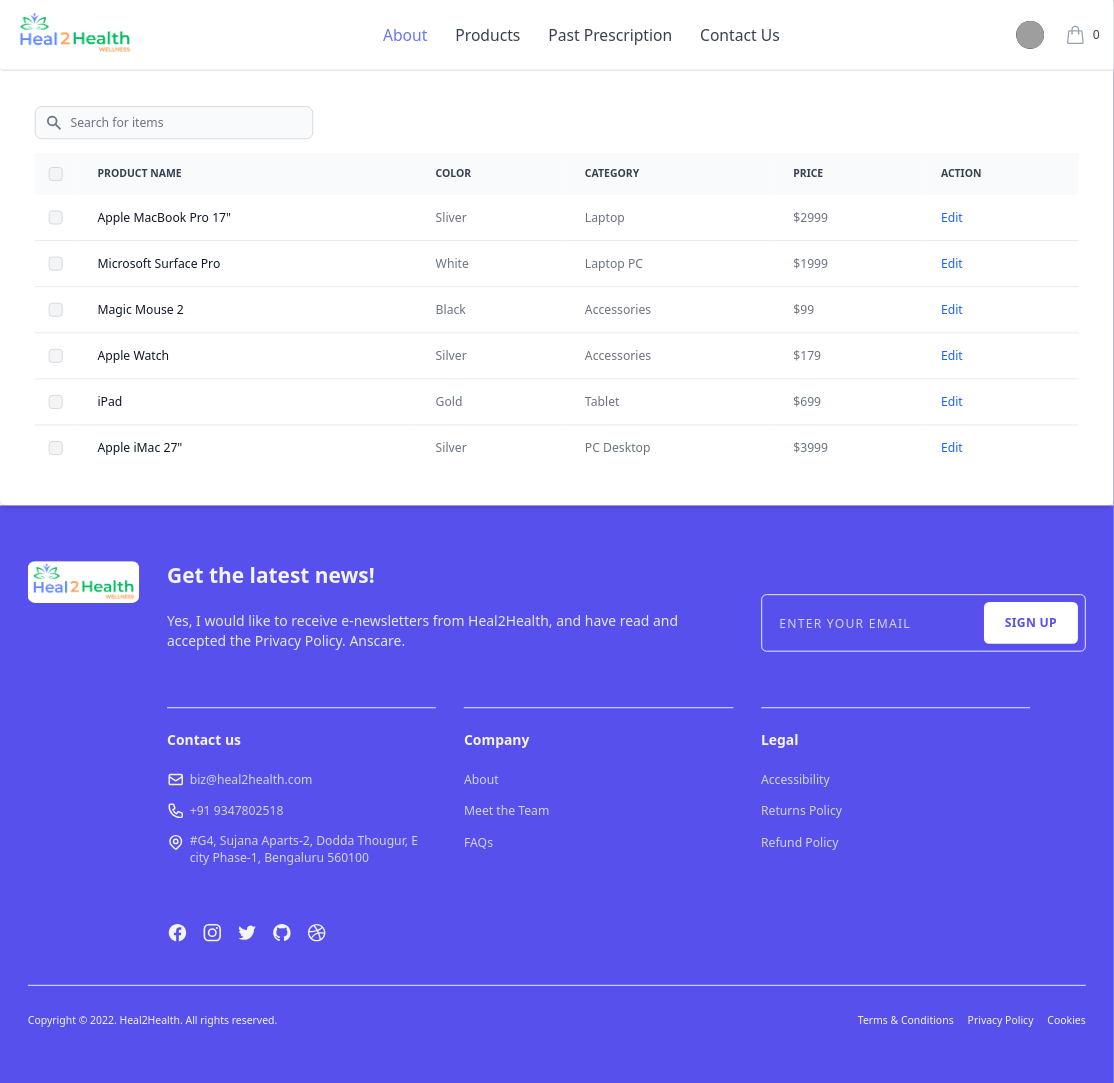
Repository: Akash123-coder/H2H
Page: /PastPrescription (app in Frontend/)
These files come from the project's save history. The page is drawn as it stood at one moment and after the next save; the edit follows.
The browser window is 1280 px wide. The pictures show the whole page, at 87% of full size.
Pictures or frames that could not be fetched are drawn as grey boxes. The project was rebuilt for these pictures with package versions that can differ from the ones it lists, and the page was loaded fresh each time. Also part of the build but not shown: Frontend/vite.config.ts, Frontend/src/pages/About.tsx, Frontend/src/components/Cta.jsx, Frontend/src/pages/Home.jsx, Frontend/src/components/Buttonsm.tsx, Frontend/src/components/Buttonrm.tsx, Frontend/src/components/Product.tsx, Frontend/src/pages/Prescription.jsx and 2 more.

Above is the page before, as saved 2022-09-28 16:44:19.

### Frontend/index.html
<!DOCTYPE html>
<html lang="en">
  <head>
    <meta charset="UTF-8" />
    <link rel="icon" type="image/svg+xml" href="/vite.svg" />
    <meta name="viewport" content="width=device-width, initial-scale=1.0" />
    <title>Heal2Health</title>
  </head>
  <body>
    <div id="root"></div>
    <script type="module" src="/src/main.tsx"></script>
  </body>
</html>

### Frontend/src/main.tsx
import React from 'react'
import ReactDOM from 'react-dom/client'
import App from './App'
import './index.css'
import {BrowserRouter} from 'react-router-dom'

ReactDOM.createRoot(document.getElementById('root') as HTMLElement).render(
  <React.StrictMode>
    <BrowserRouter>
    <App />
    </BrowserRouter>
  </React.StrictMode>
)

### Frontend/src/App.jsx
import { Routes, Route } from "react-router-dom";
import Navbar from "./components/Navbar.jsx";
import { ShoppingCartProvider } from "./context/ShoppingCartContext";
import About from "./pages/About";
import Home from "./pages/Home";
import Prescription from "./pages/Prescription";
import SignUp from "./pages/SignUp";
import Footer from "./components/Footer";
import Login from "./pages/Login";
// import CompanyNameSelect from "./pages/CompanyNameSelect.jsx";
import PastPrescription from "./pages/PastPrescription.jsx";

function App() {
  return (
    <ShoppingCartProvider>
      <Navbar />
      <Routes>
        <Route path="/" element={<Home />} />
        <Route path="/prescription" element={<Prescription />} />
        <Route path="/about" element={<About />} />
        <Route path="/login" element={<Login />} />
        <Route path="/SignUp" element={<SignUp />} />
        <Route path="/PastPrescription" element={<PastPrescription />} />
        {/* <Route path="/SignUp" element={<CompanyNameSelect />} /> */}
      </Routes>
      <Footer />
    </ShoppingCartProvider>
  );
}

export default App;

### Frontend/src/context/ShoppingCartContext.tsx
import {useContext ,useState, createContext ,ReactNode} from 'react'

const ShoppingCartContext = createContext({})

type ShoppingCartProviderProps ={
    children: ReactNode
}
type CartItem = {
    id: number
    quantity:number
}


type ShoppingCartContext ={
    CartQuantity:number
    CartItems:CartItem[]
    getItemQuantity:(id: number) => number
    increaseItemQuantity:(id: number) => void
    decreaseItemQuantity:(id: number) => void
    removeFromCart:(id: number) => void
}

export function useShoppingCart() {
  return ( useContext(ShoppingCartContext)
  )
}

export function ShoppingCartProvider({children}:ShoppingCartProviderProps){
    const [cartItems ,setCartItems] = useState<CartItem>([]);

    const CartQuantity = cartItems.reduce(
        (quantity ,item) => item.quantity + quantity,0
    )

    function getItemQuantity(id : number){
        return cartItems.find( item => item.id === id)?.quantity || 0
    }
    function increaseItemQuantity(id : number){
         setCartItems(currItems =>{
            if(currItems.find(item => item.id === id)==null){
                return [...currItems, {id , quantity : 1}]

            } else {
                return currItems.map(item =>{
                    if(item.id === id ){
                        return {...item ,quantity: item.quantity + 1}
                    }else{
                        return item
                    }
                })
            }
         })
    }
    function decreaseItemQuantity(id: number) {
        setCartItems(currItems => {
          if (currItems.find(item => item.id === id)?.quantity === 1) {
            return currItems.filter(item => item.id !== id)
          } else {
            return currItems.map(item => {
              if (item.id === id) {
                return { ...item, quantity: item.quantity - 1 }
              } else {
                return item
              }
            })
          }
        })
      }
    function removeFromCart(id : number){
        setCartItems(currItems =>{
            return currItems.filter(item =>item.id!==id)
        })
    }
    return (

        <ShoppingCartContext.Provider value = {{getItemQuantity,increaseItemQuantity,decreaseItemQuantity ,removeFromCart,cartItems,CartQuantity}}>
            {children}
        </ShoppingCartContext.Provider>
    )
}

### Frontend/src/pages/PastPrescription.jsx
import React from 'react'

function PastPrescription() {
  return (
    <div>
      <div class="overflow-x-auto relative shadow-md sm:rounded-lg p-10">
        <div class="flex justify-between items-center pb-4">

          <label for="table-search" class="sr-only">
            Search
          </label>
          <div class="relative">
            <div class="flex absolute inset-y-0 left-0 items-center pl-3 pointer-events-none">
              <svg
                class="w-5 h-5 text-gray-500 dark:text-gray-400"
                aria-hidden="true"
                fill="currentColor"
                viewBox="0 0 20 20"
                xmlns="http://www.w3.org/2000/svg"
              >
                <path
                  fill-rule="evenodd"
                  d="M8 4a4 4 0 100 8 4 4 0 000-8zM2 8a6 6 0 1110.89 3.476l4.817 4.817a1 1 0 01-1.414 1.414l-4.816-4.816A6 6 0 012 8z"
                  clip-rule="evenodd"
                ></path>
              </svg>
            </div>
            <input
              type="text"
              id="table-search"
              class="block p-2 pl-10 w-80 text-sm text-gray-900 bg-gray-50 rounded-lg border border-gray-300 focus:ring-blue-500 focus:border-blue-500 dark:bg-gray-700 dark:border-gray-600 dark:placeholder-gray-400 dark:text-white dark:focus:ring-blue-500 dark:focus:border-blue-500"
              placeholder="Search for items"
            />
          </div>
        </div>
        <table class="w-full text-sm text-left text-gray-500 dark:text-gray-400">
          <thead class="text-xs text-gray-700 uppercase bg-gray-50 dark:bg-gray-700 dark:text-gray-400">
            <tr>
              <th scope="col" class="p-4">
                <div class="flex items-center">
                  <input
                    id="checkbox-all-search"
                    type="checkbox"
                    class="w-4 h-4 text-blue-600 bg-gray-100 rounded border-gray-300 focus:ring-blue-500 dark:focus:ring-blue-600 dark:ring-offset-gray-800 focus:ring-2 dark:bg-gray-700 dark:border-gray-600"
                  />
                  <label for="checkbox-all-search" class="sr-only">
                    checkbox
                  </label>
                </div>
              </th>
              <th scope="col" class="py-3 px-6">
                Product name
              </th>
              <th scope="col" class="py-3 px-6">
                Color
              </th>
              <th scope="col" class="py-3 px-6">
                Category
              </th>
              <th scope="col" class="py-3 px-6">
                Price
              </th>
              <th scope="col" class="py-3 px-6">
                Action
              </th>
            </tr>
          </thead>
          <tbody>
            <tr class="bg-white border-b dark:bg-gray-800 dark:border-gray-700 hover:bg-gray-50 dark:hover:bg-gray-600">
              <td class="p-4 w-4">
                <div class="flex items-center">
                  <input
                    id="checkbox-table-search-1"
                    type="checkbox"
                    class="w-4 h-4 text-blue-600 bg-gray-100 rounded border-gray-300 focus:ring-blue-500 dark:focus:ring-blue-600 dark:ring-offset-gray-800 focus:ring-2 dark:bg-gray-700 dark:border-gray-600"
                  />
                  <label for="checkbox-table-search-1" class="sr-only">
                    checkbox
                  </label>
                </div>
              </td>
              <th
                scope="row"
                class="py-4 px-6 font-medium text-gray-900 whitespace-nowrap dark:text-white"
              >
                Apple MacBook Pro 17"
              </th>
              <td class="py-4 px-6">Sliver</td>
              <td class="py-4 px-6">Laptop</td>
              <td class="py-4 px-6">$2999</td>
              <td class="py-4 px-6">
                <a
                  href="#"
                  class="font-medium text-blue-600 dark:text-blue-500 hover:underline"
                >
                  Edit
                </a>
              </td>
            </tr>
            <tr class="bg-white border-b dark:bg-gray-800 dark:border-gray-700 hover:bg-gray-50 dark:hover:bg-gray-600">
              <td class="p-4 w-4">
                <div class="flex items-center">
                  <input
                    id="checkbox-table-search-2"
                    type="checkbox"
                    class="w-4 h-4 text-blue-600 bg-gray-100 rounded border-gray-300 focus:ring-blue-500 dark:focus:ring-blue-600 dark:ring-offset-gray-800 focus:ring-2 dark:bg-gray-700 dark:border-gray-600"
                  />
                  <label for="checkbox-table-search-2" class="sr-only">
                    checkbox
                  </label>
                </div>
              </td>
              <th
                scope="row"
                class="py-4 px-6 font-medium text-gray-900 whitespace-nowrap dark:text-white"
              >
                Microsoft Surface Pro
              </th>
              <td class="py-4 px-6">White</td>
              <td class="py-4 px-6">Laptop PC</td>
              <td class="py-4 px-6">$1999</td>
              <td class="py-4 px-6">
                <a
                  href="#"
                  class="font-medium text-blue-600 dark:text-blue-500 hover:underline"
                >
                  Edit
                </a>
              </td>
            </tr>
            <tr class="bg-white border-b dark:bg-gray-800 dark:border-gray-700 hover:bg-gray-50 dark:hover:bg-gray-600">
              <td class="p-4 w-4">
                <div class="flex items-center">
                  <input
                    id="checkbox-table-search-3"
                    type="checkbox"
                    class="w-4 h-4 text-blue-600 bg-gray-100 rounded border-gray-300 focus:ring-blue-500 dark:focus:ring-blue-600 dark:ring-offset-gray-800 focus:ring-2 dark:bg-gray-700 dark:border-gray-600"
                  />
                  <label for="checkbox-table-search-3" class="sr-only">
                    checkbox
                  </label>
                </div>
              </td>
              <th
                scope="row"
                class="py-4 px-6 font-medium text-gray-900 whitespace-nowrap dark:text-white"
              >
                Magic Mouse 2
              </th>
              <td class="py-4 px-6">Black</td>
              <td class="py-4 px-6">Accessories</td>
              <td class="py-4 px-6">$99</td>
              <td class="py-4 px-6">
                <a
                  href="#"
                  class="font-medium text-blue-600 dark:text-blue-500 hover:underline"
                >
                  Edit
                </a>
              </td>
            </tr>
            <tr class="bg-white border-b dark:bg-gray-800 dark:border-gray-700 hover:bg-gray-50 dark:hover:bg-gray-600">
              <td class="p-4 w-4">
                <div class="flex items-center">
                  <input
                    id="checkbox-table-3"
                    type="checkbox"
                    class="w-4 h-4 text-blue-600 bg-gray-100 rounded border-gray-300 focus:ring-blue-500 dark:focus:ring-blue-600 dark:ring-offset-gray-800 focus:ring-2 dark:bg-gray-700 dark:border-gray-600"
                  />
                  <label for="checkbox-table-3" class="sr-only">
                    checkbox
                  </label>
                </div>
              </td>
              <th
                scope="row"
                class="py-4 px-6 font-medium text-gray-900 whitespace-nowrap dark:text-white"
              >
                Apple Watch
              </th>
              <td class="py-4 px-6">Silver</td>
              <td class="py-4 px-6">Accessories</td>
              <td class="py-4 px-6">$179</td>
              <td class="py-4 px-6">
                <a
                  href="#"
                  class="font-medium text-blue-600 dark:text-blue-500 hover:underline"
                >
                  Edit
                </a>
              </td>
            </tr>
            <tr class="bg-white border-b dark:bg-gray-800 dark:border-gray-700 hover:bg-gray-50 dark:hover:bg-gray-600">
              <td class="p-4 w-4">
                <div class="flex items-center">
                  <input
                    id="checkbox-table-3"
                    type="checkbox"
                    class="w-4 h-4 text-blue-600 bg-gray-100 rounded border-gray-300 focus:ring-blue-500 dark:focus:ring-blue-600 dark:ring-offset-gray-800 focus:ring-2 dark:bg-gray-700 dark:border-gray-600"
                  />
                  <label for="checkbox-table-3" class="sr-only">
                    checkbox
                  </label>
                </div>
              </td>
              <th
                scope="row"
                class="py-4 px-6 font-medium text-gray-900 whitespace-nowrap dark:text-white"
              >
                iPad
              </th>
              <td class="py-4 px-6">Gold</td>
              <td class="py-4 px-6">Tablet</td>
              <td class="py-4 px-6">$699</td>
              <td class="py-4 px-6">
                <a
                  href="#"
                  class="font-medium text-blue-600 dark:text-blue-500 hover:underline"
                >
                  Edit
                </a>
              </td>
            </tr>
            <tr class="bg-white dark:bg-gray-800 hover:bg-gray-50 dark:hover:bg-gray-600">
              <td class="p-4 w-4">
                <div class="flex items-center">
                  <input
                    id="checkbox-table-3"
                    type="checkbox"
                    class="w-4 h-4 text-blue-600 bg-gray-100 rounded border-gray-300 focus:ring-blue-500 dark:focus:ring-blue-600 dark:ring-offset-gray-800 focus:ring-2 dark:bg-gray-700 dark:border-gray-600"
                  />
                  <label for="checkbox-table-3" class="sr-only">
                    checkbox
                  </label>
                </div>
              </td>
              <th
                scope="row"
                class="py-4 px-6 font-medium text-gray-900 whitespace-nowrap dark:text-white"
              >
                Apple iMac 27"
              </th>
              <td class="py-4 px-6">Silver</td>
              <td class="py-4 px-6">PC Desktop</td>
              <td class="py-4 px-6">$3999</td>
              <td class="py-4 px-6">
                <a
                  href="#"
                  class="font-medium text-blue-600 dark:text-blue-500 hover:underline"
                >
                  Edit
                </a>
              </td>
            </tr>
          </tbody>
        </table>
      </div>
    </div>
  );
}

export default PastPrescription

### Frontend/tailwind.config.cjs
/** @type {import('tailwindcss').Config} */
module.exports = {
  content: [
    "./src/**/*.{js,jsx,ts,tsx}",
    "node_modules/flowbite-react/**/*.{js,jsx,ts,tsx}",
  ],
  theme: {
    extend: {},
  },
  plugins: [require("flowbite/plugin"), require("@tailwindcss/forms")],
};

Loaded but not shown: Frontend/src/index.css (common file); Frontend/src/components/Footer.jsx (300 lines, source omitted); Frontend/src/pages/Cart.jsx (227 lines, source omitted); Frontend/src/components/Navbar.jsx (182 lines, source omitted)

After the next save:
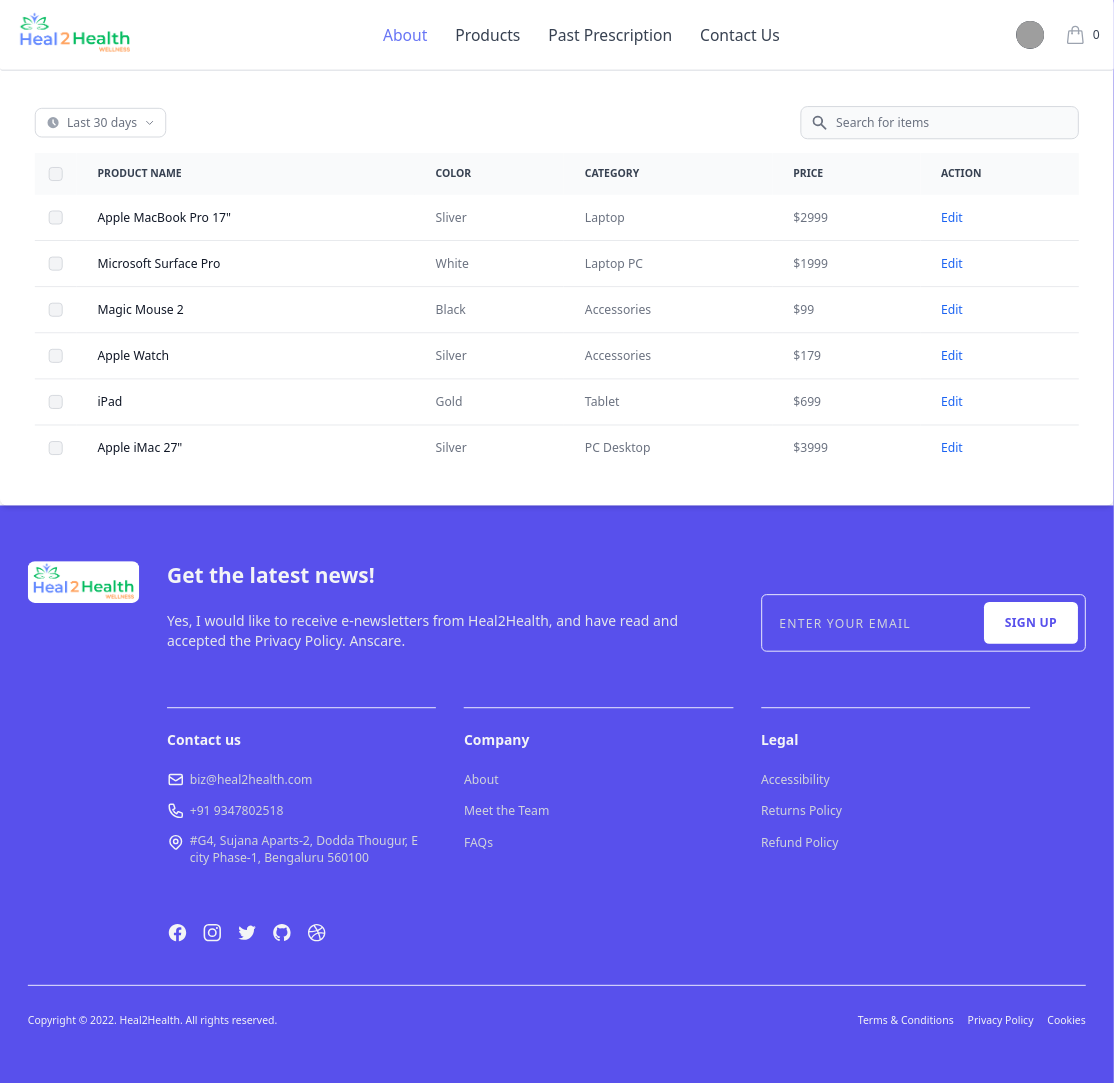
Saved 88 s later.
--- a/Frontend/src/pages/PastPrescription.jsx
+++ b/Frontend/src/pages/PastPrescription.jsx
@@ -5,7 +5,144 @@
     <div>
       <div class="overflow-x-auto relative shadow-md sm:rounded-lg p-10">
         <div class="flex justify-between items-center pb-4">
-
+          <div>
+            <button
+              id="dropdownRadioButton"
+              data-dropdown-toggle="dropdownRadio"
+              class="inline-flex items-center text-gray-500 bg-white border border-gray-300 focus:outline-none hover:bg-gray-100 focus:ring-4 focus:ring-gray-200 font-medium rounded-lg text-sm px-3 py-1.5 dark:bg-gray-800 dark:text-white dark:border-gray-600 dark:hover:bg-gray-700 dark:hover:border-gray-600 dark:focus:ring-gray-700"
+              type="button"
+            >
+              <svg
+                class="mr-2 w-4 h-4 text-gray-400"
+                aria-hidden="true"
+                fill="currentColor"
+                viewBox="0 0 20 20"
+                xmlns="http://www.w3.org/2000/svg"
+              >
+                <path
+                  fill-rule="evenodd"
+                  d="M10 18a8 8 0 100-16 8 8 0 000 16zm1-12a1 1 0 10-2 0v4a1 1 0 00.293.707l2.828 2.829a1 1 0 101.415-1.415L11 9.586V6z"
+                  clip-rule="evenodd"
+                ></path>
+              </svg>
+              Last 30 days
+              <svg
+                class="ml-2 w-3 h-3"
+                aria-hidden="true"
+                fill="none"
+                stroke="currentColor"
+                viewBox="0 0 24 24"
+                xmlns="http://www.w3.org/2000/svg"
+              >
+                <path
+                  stroke-linecap="round"
+                  stroke-linejoin="round"
+                  stroke-width="2"
+                  d="M19 9l-7 7-7-7"
+                ></path>
+              </svg>
+            </button>
+            {/* <!-- Dropdown menu --> */}
+            <div
+              id="dropdownRadio"
+              class="hidden z-10 w-48 bg-white rounded divide-y divide-gray-100 shadow dark:bg-gray-700 dark:divide-gray-600 absolute inset m-0 translate-y-[34450px]"
+              data-popper-reference-hidden=""
+              data-popper-escaped=""
+              data-popper-placement="bottom"
+            >
+              <ul
+                class="p-3 space-y-1 text-sm text-gray-700 dark:text-gray-200"
+                aria-labelledby="dropdownRadioButton"
+              >
+                <li>
+                  <div class="flex items-center p-2 rounded hover:bg-gray-100 dark:hover:bg-gray-600">
+                    <input
+                      id="filter-radio-example-1"
+                      type="radio"
+                      value=""
+                      name="filter-radio"
+                      class="w-4 h-4 text-blue-600 bg-gray-100 border-gray-300 focus:ring-blue-500 dark:focus:ring-blue-600 dark:ring-offset-gray-800 focus:ring-2 dark:bg-gray-700 dark:border-gray-600"
+                    />
+                    <label
+                      for="filter-radio-example-1"
+                      class="ml-2 w-full text-sm font-medium text-gray-900 rounded dark:text-gray-300"
+                    >
+                      Last day
+                    </label>
+                  </div>
+                </li>
+                <li>
+                  <div class="flex items-center p-2 rounded hover:bg-gray-100 dark:hover:bg-gray-600">
+                    <input
+                      readOnly
+                      id="filter-radio-example-2"
+                      type="radio"
+                      value=""
+                      name="filter-radio"
+                      class="w-4 h-4 text-blue-600 bg-gray-100 border-gray-300 focus:ring-blue-500 dark:focus:ring-blue-600 dark:ring-offset-gray-800 focus:ring-2 dark:bg-gray-700 dark:border-gray-600"
+                    />
+                    <label
+                      for="filter-radio-example-2"
+                      class="ml-2 w-full text-sm font-medium text-gray-900 rounded dark:text-gray-300"
+                    >
+                      Last 7 days
+                    </label>
+                  </div>
+                </li>
+                <li>
+                  <div class="flex items-center p-2 rounded hover:bg-gray-100 dark:hover:bg-gray-600">
+                    <input
+                      id="filter-radio-example-3"
+                      type="radio"
+                      value=""
+                      name="filter-radio"
+                      class="w-4 h-4 text-blue-600 bg-gray-100 border-gray-300 focus:ring-blue-500 dark:focus:ring-blue-600 dark:ring-offset-gray-800 focus:ring-2 dark:bg-gray-700 dark:border-gray-600"
+                    />
+                    <label
+                      for="filter-radio-example-3"
+                      class="ml-2 w-full text-sm font-medium text-gray-900 rounded dark:text-gray-300"
+                    >
+                      Last 30 days
+                    </label>
+                  </div>
+                </li>
+                <li>
+                  <div class="flex items-center p-2 rounded hover:bg-gray-100 dark:hover:bg-gray-600">
+                    <input
+                      id="filter-radio-example-4"
+                      type="radio"
+                      value=""
+                      name="filter-radio"
+                      class="w-4 h-4 text-blue-600 bg-gray-100 border-gray-300 focus:ring-blue-500 dark:focus:ring-blue-600 dark:ring-offset-gray-800 focus:ring-2 dark:bg-gray-700 dark:border-gray-600"
+                    />
+                    <label
+                      for="filter-radio-example-4"
+                      class="ml-2 w-full text-sm font-medium text-gray-900 rounded dark:text-gray-300"
+                    >
+                      Last month
+                    </label>
+                  </div>
+                </li>
+                <li>
+                  <div class="flex items-center p-2 rounded hover:bg-gray-100 dark:hover:bg-gray-600">
+                    <input
+                      id="filter-radio-example-5"
+                      type="radio"
+                      value=""
+                      name="filter-radio"
+                      class="w-4 h-4 text-blue-600 bg-gray-100 border-gray-300 focus:ring-blue-500 dark:focus:ring-blue-600 dark:ring-offset-gray-800 focus:ring-2 dark:bg-gray-700 dark:border-gray-600"
+                    />
+                    <label
+                      for="filter-radio-example-5"
+                      class="ml-2 w-full text-sm font-medium text-gray-900 rounded dark:text-gray-300"
+                    >
+                      Last year
+                    </label>
+                  </div>
+                </li>
+              </ul>
+            </div>
+          </div>
           <label for="table-search" class="sr-only">
             Search
           </label>
